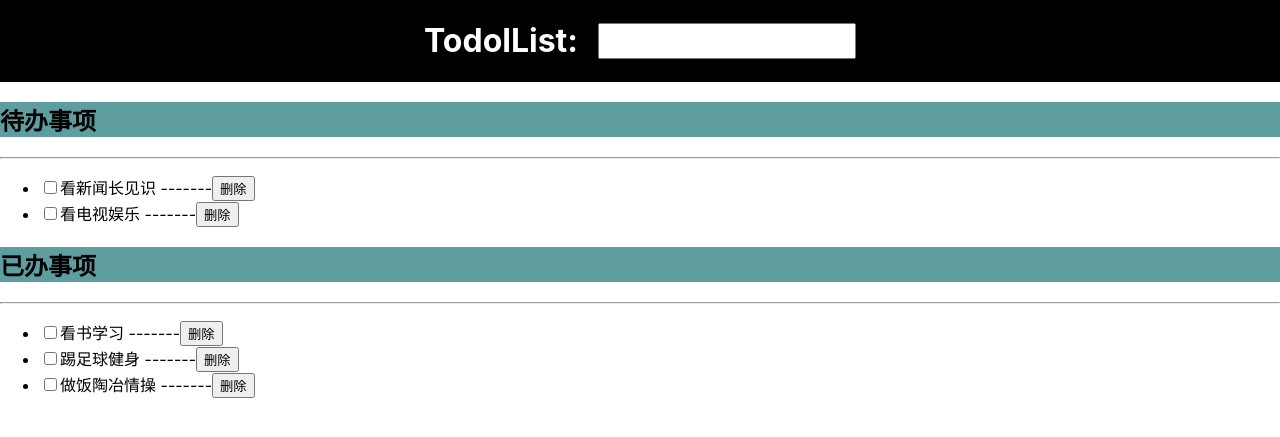
Repository: zhenzhen-gong/react-learning
Page: /user/set
These files come from the project's save history. The page is drawn as it stood at one moment and after the next save; the edit follows.
The browser window is 1280 px wide. The pictures show the whole page.
The project was rebuilt for these pictures with package versions that can differ from the ones it lists, and the page was loaded fresh each time.

Above is the page before, as saved 2021-04-16 22:18:27.

### src/index.js
import React from 'react';
import ReactDOM from 'react-dom';
import './index.css';
import TodolList from './component/todolList/todolList';
import reportWebVitals from './reportWebVitals';

ReactDOM.render(
    <TodolList />,
  document.getElementById('root')
);

// If you want to start measuring performance in your app, pass a function
// to log results (for example: reportWebVitals(console.log))
// or send to an analytics endpoint. Learn more: https://bit.ly/CRA-vitals
reportWebVitals();

### src/component/todolList/todolList.js
import React, {Component} from 'react'

import './todolList.css'
import './todolList.less'

class TodolList extends Component {
    constructor(props) {
        super(props)
        this.state = {
            itemList: [
                {
                    title: '看书学习',
                    checked: true
                },
                {
                    title: '看新闻长见识',
                    checked: false
                },
                {
                    title: '踢足球健身',
                    checked: true
                },
                {
                    title: '看电视娱乐',
                    checked: false
                },
                {
                    title: '做饭陶冶情操',
                    checked: true
                }
            ]
        }
    }

    addItem = (e)=>{
       if(e.keyCode === 13) {
        let toolList = this.state.itemList
        toolList.push({
            title: e.target.value,
            checked: false
        })
         this.setState({
             itemList: toolList
         })
       }
    }
    doneItem = (key)=>{
        let toolList = this.state.itemList
        if(!toolList[key].checked) {
            toolList[key].checked = !toolList[key].checked
            this.setState({
                itemList: toolList
            })
        }
    }
    deleteItem = (key)=>{
        let toolList = this.state.itemList
        toolList.splice(key, 1)
        this.setState({
            itemList: toolList
        })
    }

    render() {
        return (
            <div>
                <div className="title">
                  <h1>TodolList: </h1>
                  <input type='text' onKeyUp={this.addItem}/>
                </div>
                <div>
                    <h2>待办事项</h2>
                    <hr />
                    <ul>
                        {
                            this.state.itemList.map((item, key) => {
                                if (!item.checked) {
                                 return <li key={key}>
                                     <input type="checkbox" checked={item.checked} onChange={this.doneItem.bind(this, key)}/>
                                     {item.title} -------<button onClick={this.deleteItem.bind(this, key)}>删除</button></li>
                                }
                            })
                        }
                    </ul>
                </div>
                <div>
                    <h2>已办事项</h2>
                    <hr />
                    <ul>
                        {
                            this.state.itemList.map((item, key) => {
                                if (item.checked) {
                                 return <li key={key}>
                                     <input type="checkbox" checked={!item.checked} onChange={this.doneItem.bind(this, key)} />
                                     {item.title} -------<button onClick={this.deleteItem.bind(this, key)}>删除</button></li>
                                }
                            })
                        }
                    </ul>
                </div>
            </div>
        )
    }
}

export default TodolList

### src/component/todolList/todolList.css
.title {
    background-color: black;
    display: flex;
    align-items: center;
    justify-content: center;
}
.title h1 {
    color: #fff;
    margin-right: 20px;
}
.title input {
    height: 30px;
    width: 250px;
}

### src/component/todolList/todolList.less
h2 {
    background-color: cadetblue;
}

Loaded but not shown: public/index.html (common file); src/index.css (common file); src/reportWebVitals.js (common file)

After the next save:
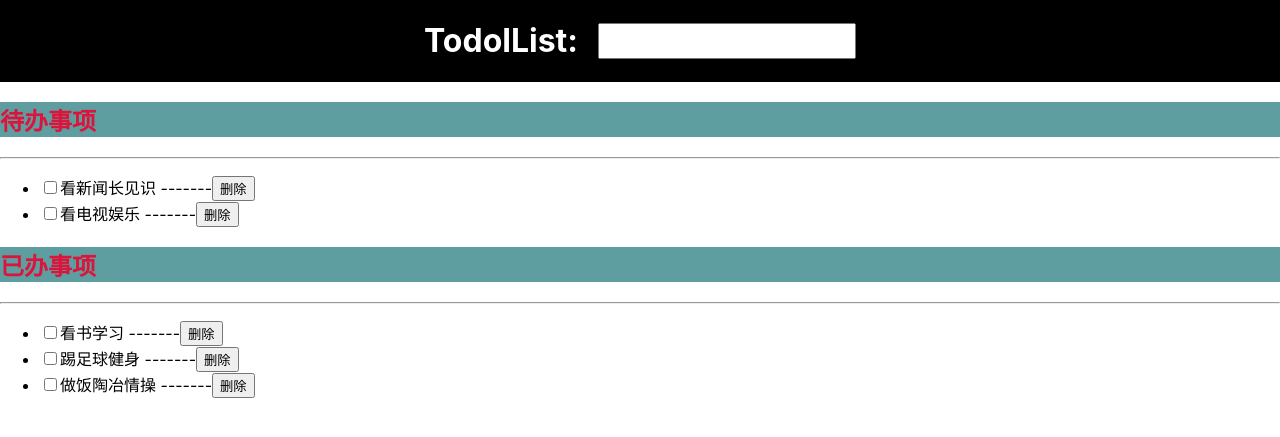
Saved 3 min 22 s later.
--- a/src/component/todolList/todolList.less
+++ b/src/component/todolList/todolList.less
@@ -1,3 +1,4 @@
 h2 {
     background-color: cadetblue;
+    color: crimson;
 }
